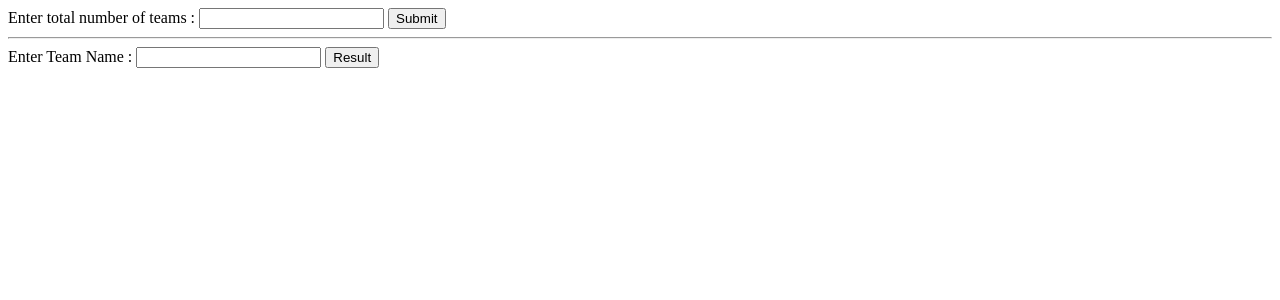
Repository: seleco29/Random-Team-Matcher-Servlet-Jsp
Page: http://localhost/Random_Team_Matcher_v2.0/
An editor plug-in stored every save of this project. The page is shown before and after the next save, followed by the edit.
The browser window is 1280 px wide. The pictures show the whole page.
The page is served by Tomcat 9. Other server files are loaded and not shown.

Above is the page before, as saved 2023-01-19 10:07:33.

### Random Team Matcher v2.0/src/main/webapp/index.jsp
<%@ page language="java" contentType="text/html; charset=UTF-8"
    pageEncoding="UTF-8"%>
    <%@ taglib prefix = "c" uri = "http://java.sun.com/jsp/jstl/core" %>
<!DOCTYPE html>
<html>
<head>
<meta charset="UTF-8">
<title>Home Page</title>
</head>
<body>
<form action="index.jsp" target="_self">
Enter total number of teams : <input type="number" name="totalTeams">
<input type="submit" value="Submit">
</form>
<hr/>
<form action="<%=request.getContextPath()%>/home">
<c:forEach begin="0" end="${param.totalTeams}">
Enter Team Name : <input type="text" name="team">
</c:forEach>
<input type="submit" value="Result">
</form>
</body>
</html>

After the next save:
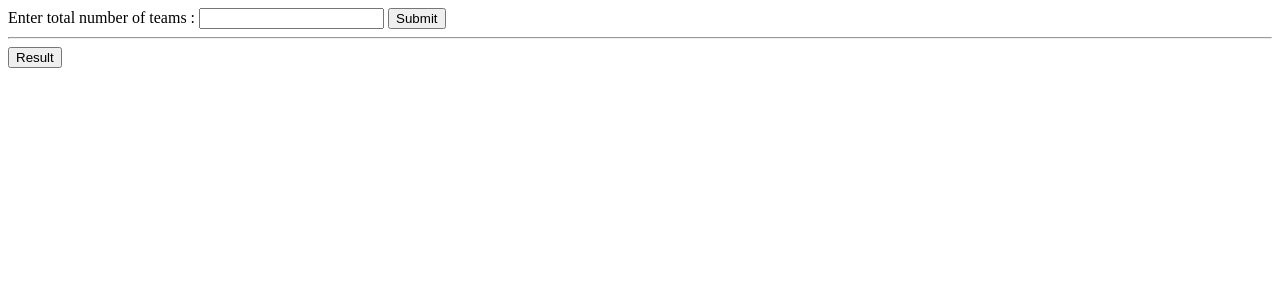
Saved 24 s later.
--- a/Random Team Matcher v2.0/src/main/webapp/index.jsp
+++ b/Random Team Matcher v2.0/src/main/webapp/index.jsp
@@ -14,7 +14,7 @@ Enter total number of teams : <input type="number" name="totalTeams">
 </form>
 <hr/>
 <form action="<%=request.getContextPath()%>/home">
-<c:forEach begin="0" end="${param.totalTeams}">
+<c:forEach begin="1" end="${param.totalTeams}">
 Enter Team Name : <input type="text" name="team">
 </c:forEach>
 <input type="submit" value="Result">
